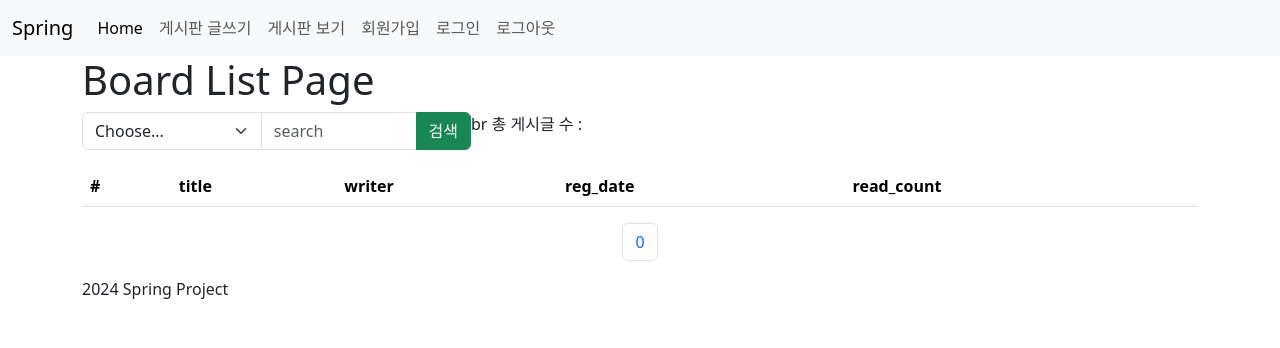
Repository: havanara/240423_SPRING_Project
Page: http://localhost/spring_study/WEB-INF/views/board/list.jsp
An editor plug-in stored every save of this project. The page is shown before and after the next save, followed by the edit.
The browser window is 1280 px wide. The pictures show the whole page.
The page is served by Tomcat 9. Nobody is signed in. The template is opened directly, without the code that normally fills it, so the values that code supplies are empty.

Above is the page before, as saved 2024-04-25 02:37:53.

### spring_study/src/main/webapp/WEB-INF/views/board/list.jsp
<%@ page language="java" contentType="text/html; charset=UTF-8"
    pageEncoding="UTF-8"%>
    <%@taglib uri="http://java.sun.com/jsp/jstl/core" prefix="c"%>

<jsp:include page="../layout/header.jsp" />

<div class="container-md">
	<h1>Board List Page</h1>

	<!-- 검색 라인 -->
	<form action="">
		<div class="input-group mb-3" style="width: 500px;">
			<select class="form-select" aria-label="Default select example">
			  <option selected>Choose...</option>
			  <option value="title">title</option>
			  <option value="writer">writer</option>
			  <option value="content">content</option>
			</select>
			<input class="form-control" type="text" placeholder="search" aria-label="default input example">
			<button type="submit" class="btn btn-success">검색</button>br
		총 게시글 수 : ${ph.totalCount }
		</div>
	</form>

	<table class="table table-hover">
		<thead>
			<tr>
				<th>#</th>
				<th>title</th>
				<th>writer</th>
				<th>reg_date</th>
				<th>read_count</th>
			</tr>
		</thead>
		<tbody class="table-group-divider">
		<c:forEach items="${list }" var="bvo">
			<tr>
				<td>${bvo.bno }</td>
				<td><a href="/board/detail?bno=${bvo.bno }">${bvo.title }</a></td>
				<td>${bvo.writer }</td>
				<td>${bvo.reg_date }</td>
				<td>${bvo.read_count }</td>
			</tr>
		</c:forEach>
		</tbody>
	</table>

	<!-- 페이지네이션 라인 -->
	<nav aria-label="Page navigation example">
		<ul class="pagination justify-content-center">
			<c:if test="${ph.prev }">
				<li class="page-item">
					<a class="page-link" href="/board/list?pageNo=${ph.startPage-1 }&qty=${ph.pgvo.qty}">이전</a>
				</li>
			</c:if>

			<c:forEach begin="${ph.startPage }" end="${ph.endPage }" var="i">
				<li class="page-item"><a class="page-link" href="/board/list?pageNo=${i }&qty=${ph.pgvo.qty}">${i }</a></li>
			</c:forEach>

			<c:if test="${ph.next }">
				<li class="page-item">
					<a class="page-link" href="/board/list?pageNo=${ph.endPage+1 }&qty=${ph.pgvo.qty}">다음</a>
				</li>
			</c:if>
		</ul>
	</nav>
</div>

<jsp:include page="../layout/footer.jsp" />

### spring_study/src/main/webapp/WEB-INF/views/layout/header.jsp
<%@ page language="java" contentType="text/html; charset=UTF-8"
    pageEncoding="UTF-8"%>
<!DOCTYPE html>
<html>
<head>
<meta charset="UTF-8">
<title>header.jsp</title>
<link href="https://cdn.jsdelivr.net/npm/bootstrap@5.3.3/dist/css/bootstrap.min.css" rel="stylesheet" integrity="sha384-QWTKZyjpPEjISv5WaRU9OFeRpok6YctnYmDr5pNlyT2bRjXh0JMhjY6hW+ALEwIH" crossorigin="anonymous">
<script src="https://cdn.jsdelivr.net/npm/bootstrap@5.3.3/dist/js/bootstrap.bundle.min.js" integrity="sha384-YvpcrYf0tY3lHB60NNkmXc5s9fDVZLESaAA55NDzOxhy9GkcIdslK1eN7N6jIeHz" crossorigin="anonymous"></script>
</head>
<body>
<nav class="navbar navbar-expand-lg bg-body-tertiary">
  <div class="container-fluid">
    <a class="navbar-brand" href="#">Spring</a>
    <button class="navbar-toggler" type="button" data-bs-toggle="collapse" data-bs-target="#navbarSupportedContent" aria-controls="navbarSupportedContent" aria-expanded="false" aria-label="Toggle navigation">
      <span class="navbar-toggler-icon"></span>
    </button>
    <div class="collapse navbar-collapse" id="navbarSupportedContent">
      <ul class="navbar-nav me-auto mb-2 mb-lg-0">
        <li class="nav-item">
          <a class="nav-link active" aria-current="page" href="#">Home</a>
        </li>
        <li class="nav-item">
          <a class="nav-link" href="/board/register">게시판 글쓰기</a>
        </li>
        <li class="nav-item">
          <a class="nav-link" href="/board/list">게시판 보기</a>
        </li>
        <li class="nav-item">
          <a class="nav-link" href="#">회원가입</a>
        </li>
        <li class="nav-item">
          <a class="nav-link" href="#">로그인</a>
        </li>
        <li class="nav-item">
          <a class="nav-link" href="#">로그아웃</a>
        </li>
      </ul>
    </div>
  </div>
</nav>

### spring_study/src/main/webapp/WEB-INF/views/layout/footer.jsp
<%@ page language="java" contentType="text/html; charset=UTF-8"
    pageEncoding="UTF-8"%>
<!DOCTYPE html>

<div class="container-md">
	2024 Spring Project
</div>

</body>
</html>

After the next save:
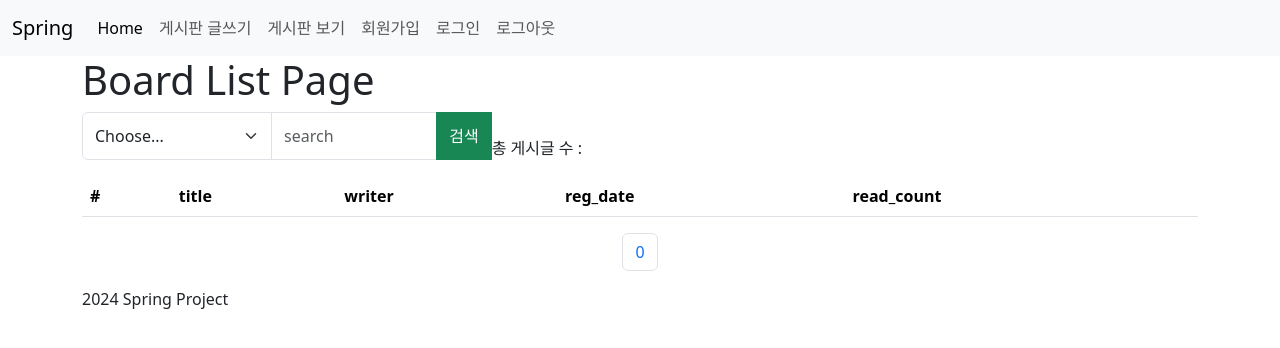
Saved 5 s later.
--- a/spring_study/src/main/webapp/WEB-INF/views/board/list.jsp
+++ b/spring_study/src/main/webapp/WEB-INF/views/board/list.jsp
@@ -17,7 +17,7 @@
 			  <option value="content">content</option>
 			</select>
 			<input class="form-control" type="text" placeholder="search" aria-label="default input example">
-			<button type="submit" class="btn btn-success">검색</button>br
+			<button type="submit" class="btn btn-success">검색</button> <br>
 		총 게시글 수 : ${ph.totalCount }
 		</div>
 	</form>
